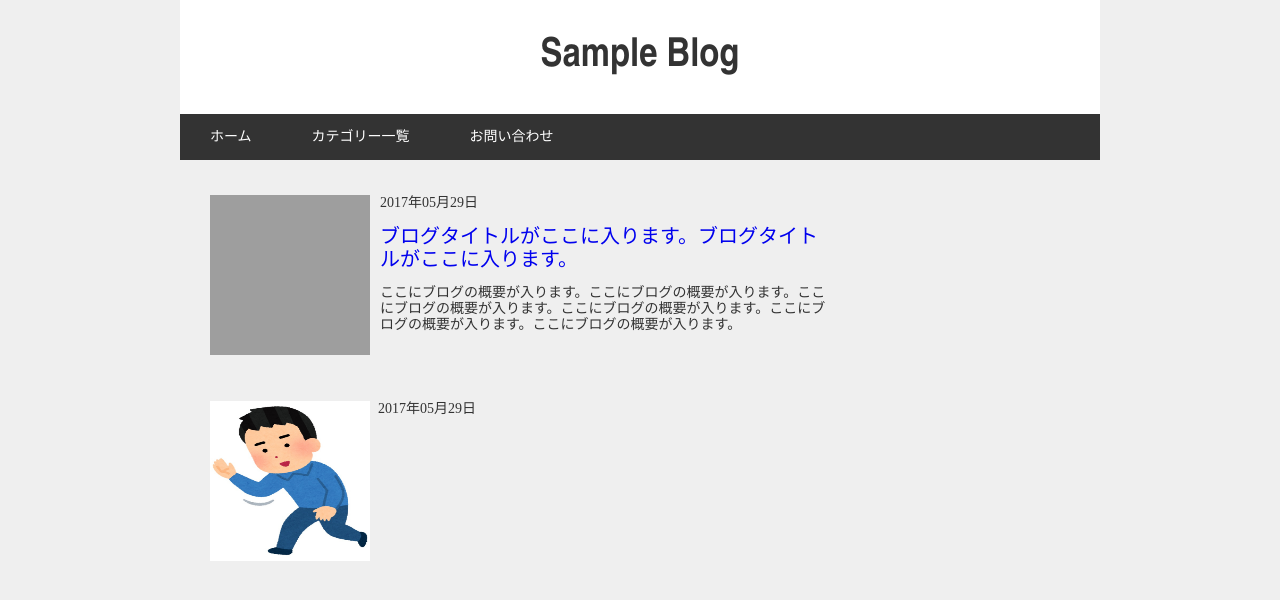
Repository: KogawaLink/-html
Page: html/ouyou/index.html
The author's editor kept a record of every edit. The page is drawn from the files as they stood at one moment, then again after the next edit.
The browser window is 1280 px wide. The pictures show the whole page.
Pictures or frames that could not be fetched are drawn as grey boxes.

Above is the page before.

### html/ouyou/index.html
<!DOCTYPE HTML>
<html>
  <head>
    <meta charset="UTF-8">
    <title>Sample Blog</title>
    <link rel="stylesheet" href="style.css">
    <link rel="stylesheet" href="normalize.css">
  </head>
  <body>
    <header>
      <div class="container">
        <div class="header-title-area">
          <h1 class="logo">Sample Blog</h1>
        </div>
        <ul class="header-tagu">
          <li><a href="#">ホーム</a></li>
          <li><a href="#">カテゴリー一覧</a></li>
          <li><a href="#">お問い合わせ</a></li>
        </ul>
      </div>
    </header>
    <div class="container">
      <div class="left-contents">
        <div class="blog">
          <img src="irasutoya1.jpg" class="blogphoto1" alt="１枚目">
          <div class="hiduke1">2017年05月29日
            <p><a href="#" class="details">ブログタイトルがここに入ります。ブログタイトルがここに入ります。</a></p>
            <p class="overview">ここにブログの概要が入ります。ここにブログの概要が入ります。ここにブログの概要が入ります。ここにブログの概要が入ります。ここにブログの概要が入ります。ここにブログの概要が入ります。</p>
          </div>
          <p></p>
          <img src="irasutoya2.jpg" class="blogphoto2" alt="２枚目">
          <div class="hiduke2">2017年05月29日</div>
        </div>
      </div>
    </div>
  </body>
</html>

### html/ouyou/style.css
body {
  background-color: #efefef;
  font-size: 14px;
  color: #333;
  margin: 0;
}

h1,h2,h3,h4,h5 {
  margin: 0 0 10px 0;
  padding: 0;
}

.container {
  width: 920px;
  margin: 0 auto;
}

.header-title-area {
  display: flex;
  justify-content: center;
  align-items: center;
  text-align: center;
  background-color: #fff;
}

.logo {
  font-size: 40px;
  font-family: "arial narrow";
  height: 60px;
  display: flex;
  align-items: center;
}

.text-sub {
  color: #777;
}

.header-tagu {
  width: 100%;
  background-color: #333;
  padding: 15px 0;
  margin: 0;
}

.header-tagu:after {
  clear: both;
  display: block;
  content: " ";
}

.header-tagu li {
  float: left;
  padding: 0 30px;
  text-align: center;
  list-style-type: none;
}

.header-tagu li a  {
  color: #ffffff;
  text-decoration: none;
}

.blogphoto1 {
  float: left;
  width: 160px;
  height: 160px;
}

.blog {
  margin: 35px 0 35px 30px;
}

.hiduke1 {
  display: block;
  margin: 0 0 0 170px;
}
.hiduke1:after {
  float: left;
  margin: 0 0 0px 8px;
}

.details {
  float:left;
  text-decoration: none;
  font-size: 20px;
  display: block;
  width: 450px;
}

.overview {
  font-size: 14px;
  display: inline-block;
  width: 450px;
}

.blogphoto2 {
  float: left;
  display: block;
  width: 160px;
  height: 160px;
  margin: 40px 0 0 0;
}

.hiduke2 {
  display: inline-block;
  margin: 40px 0 0 8px;
}

Loaded but not shown: html/ouyou/normalize.css (library)

After the next edit:
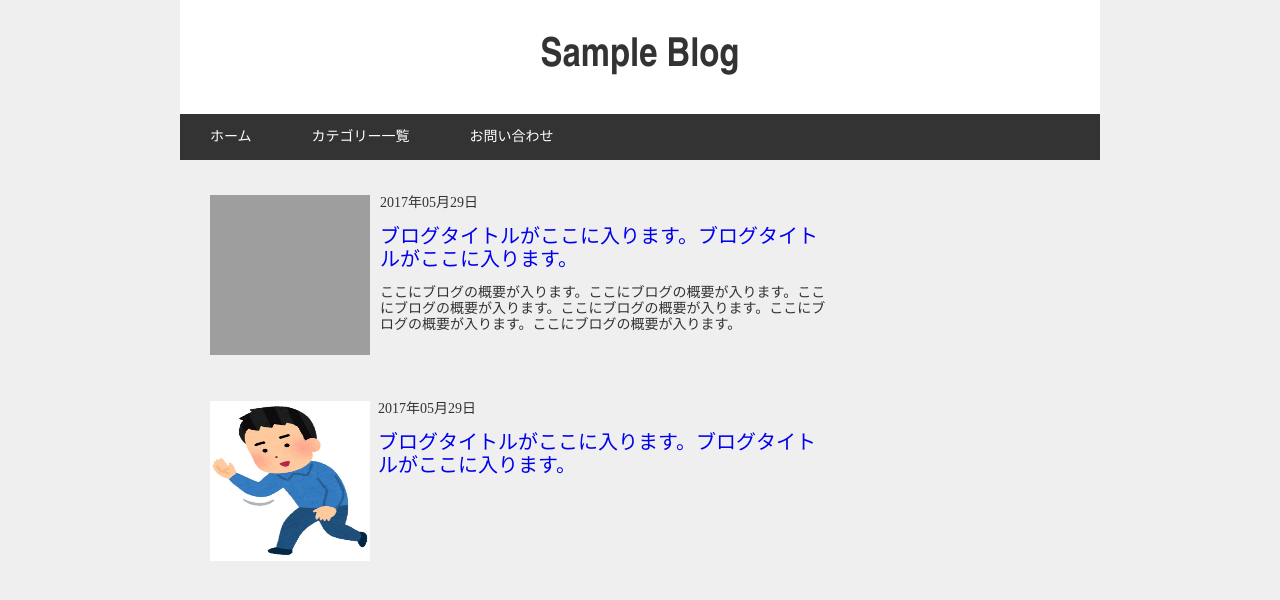
The edit:
--- a/html/ouyou/index.html
+++ b/html/ouyou/index.html
@@ -29,7 +29,9 @@
           </div>
           <p></p>
           <img src="irasutoya2.jpg" class="blogphoto2" alt="２枚目">
-          <div class="hiduke2">2017年05月29日</div>
+          <div class="hiduke2">2017年05月29日
+            <p><a href="#" class="details">ブログタイトルがここに入ります。ブログタイトルがここに入ります。</a></p>
+          </div>
         </div>
       </div>
     </div>
